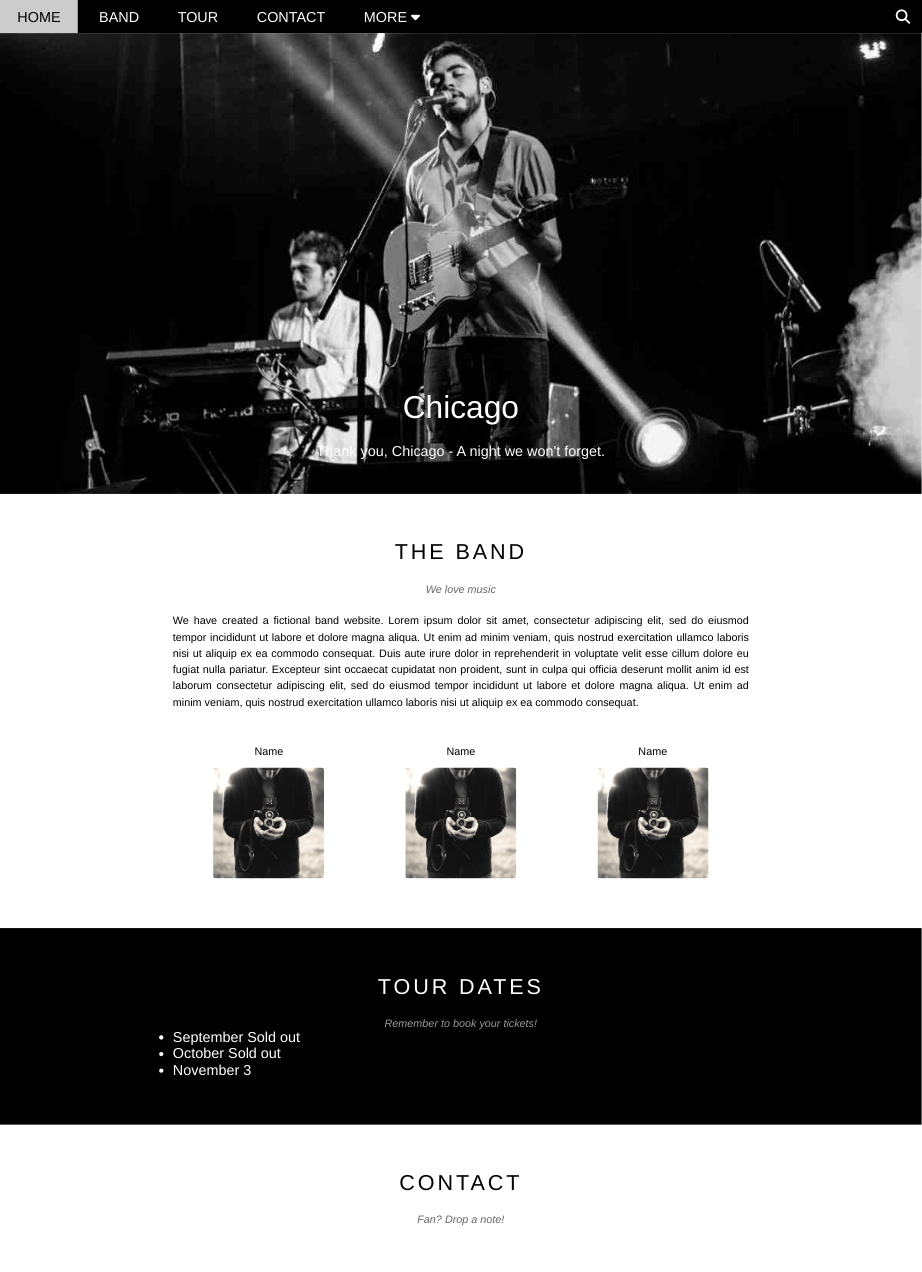
Repository: nugort/nugort.github.io
Page: f8/the-band/index.html
An editor plug-in stored every save of this project. The page is shown before and after the next save, followed by the edit.
The browser window is 1280 px wide. The pictures show the whole page, at 72% of full size.
Some web libraries are served in a nearby version.

Above is the page before, as saved 2022-02-08 04:24:31.

### f8/the-band/index.html
<!DOCTYPE html>
<html lang="en">

<head>
    <meta charset="UTF-8">
    <meta http-equiv="X-UA-Compatible" content="IE=edge">
    <meta name="viewport" content="width=device-width, initial-scale=1.0">
    <title>Document</title>
    <script src="https://kit.fontawesome.com/28e152e343.js" crossorigin="anonymous"></script>
    <link rel="stylesheet" href="./assets/css/styles.css">
</head>

<body>
    <div id="main">
        <!-- Header -->
        <div id="header">

            <!-- Navigation -->
            <ul id="nav">
                <li>
                    <a href="#">Home</a>
                </li>

                <li>
                    <a href="#">Band</a>
                </li>

                <li>
                    <a href="#">Tour</a>
                </li>

                <li>
                    <a href="#">Contact</a>
                </li>

                <li>
                    <a href="#">More <i class="fas fa-caret-down"></i></a>
                    <ul class="subnav">
                        <li>
                            <a href="#">Merchandise</a>
                        </li>

                        <li>
                            <a href="#">Extras</a>
                        </li>

                        <li>
                            <a href="#">Media</a>
                        </li>
                    </ul>
                </li>
            </ul>

            <!-- Search -->
            <div class="nav-search">
                <a href="#"><i class="nav-search-icon fas fa-search"></i></a>
            </div>
        </div>

        <!-- Slider -->
        <div id="slider">
            <div class="slider-text">
                <h3 class="slider-text-title">
                    Chicago
                </h3>
                <p class="slider-text-dsc">
                    Thank you, Chicago - A night we won't forget.
                </p>
            </div>
        </div>

        <!-- Content -->
        <div id="content">
            <!-- About -->
            <div class="content-section">
                <h2 class="content-section-title">
                    The Band
                </h2>
                <p class="content-section-slogan">
                    We love music
                </p>
                <p class="about-content-section content">We have created a fictional band website. Lorem ipsum dolor sit
                    amet, consectetur adipiscing elit, sed do eiusmod tempor incididunt ut labore et dolore magna
                    aliqua. Ut enim ad minim veniam, quis nostrud exercitation ullamco laboris nisi ut aliquip ex ea
                    commodo consequat. Duis aute irure dolor in reprehenderit in voluptate velit esse cillum dolore eu
                    fugiat nulla pariatur. Excepteur sint occaecat cupidatat non proident, sunt in culpa qui officia
                    deserunt mollit anim id est laborum consectetur adipiscing elit, sed do eiusmod tempor incididunt ut
                    labore et dolore magna aliqua. Ut enim ad minim veniam, quis nostrud exercitation ullamco laboris
                    nisi ut aliquip ex ea commodo consequat.</p>
                <div class="band-members">
                    <div class="member">
                        <p class="member-name">Name</p>
                        <img src="./assets/img/band-members/bandmember.jpg" alt="Name" class="member-avt">
                    </div>

                    <div class="member">
                        <p class="member-name">Name</p>
                        <img src="./assets/img/band-members/bandmember.jpg" alt="Name" class="member-avt">
                    </div>

                    <div class="member">
                        <p class="member-name">Name</p>
                        <img src="./assets/img/band-members/bandmember.jpg" alt="Name" class="member-avt">
                    </div>
                    <div class="clear"></div>
                </div>
            </div>

            <!-- Tour -->
            <div class="tour-section">
                <div class="content-section text-white">
                    <h2 class="content-section-title text-white">
                        TOUR DATES
                    </h2>
                    <p class="content-section-slogan">
                        Remember to book your tickets!
                    </p>

                    <ul class="tickets-list">
                        <li>September <span class="sold-out">Sold out</span></li>
                        <li>October <span class="sold-out">Sold out</span></li>
                        <li>November <span class="tickets-left">3</span></li>
                    </ul>
                </div>
            </div>

            <!-- Contact -->
            <div class="content-section">
                <h2 class="content-section-title">
                    CONTACT
                </h2>
                <p class="content-section-slogan">
                    Fan? Drop a note!
                </p>
            </div>
        </div>

        <div id="footer">

        </div>
    </div>
</body>

</html>

### f8/the-band/assets/css/styles.css
/* 3 kiểu dùng css
- inline (phèn)
- internal (cũng phèn)
-external (đúng đúng đúng) */

/* Các đơn vị hay dùng
* Absolute units
- px
- pt
- cm
- mm
- inch
- picture

* Relative units
- %
- rem (bằng kích cỡ chữ của thẻ html - mặc định là 16px)
- em  (bằng kích cỡ chữ của thẻ cha chứa nó gần nhất có set font-size)
- vw (chiều rộng bằng chiều ngang của màn hình hiển thị)
- vh (chiều cao bằng chiều dọc của màn hình hiển thị) */

/* Hàm trong css
- var(): gọi biến vào
- linearGradient()
- rgba()
- rgb
- calc(): tính toán
- attr() */

/* Pseudo-classes (lớp giả) */

:root {
    --text-color: #FFFFFF;
    --background-color: #00171F;
    --button-color: #003459;
    --other-color: #007EA7;
    --button-2nd-color: #00A8E8;
    --nav-heigh: 46px;
}  /* Đặt biến giống trong ngôn ngữ lập trình khác thôi =))) */

* {
    box-sizing: border-box;
    margin: 0;
    padding: 0;
} /* reset css */

html {
    font-family: Helvetica, sans-serif;
    font-size: 20px;
}
/*
Chọn cùng lúc nhiều Class, ID đưa qua css
Bôi đen điểm chung -> CTRL +  SHIFT + L -> Mũi tên qua phải ( > ) -> CTRL + SHIFT + ( > ) -> CTRL + C
-> Qua file css paste -> ALT + CLICK  -> # -> CTRL + ( > ) -> {}
 */

/*
1. Làm từ ngoài vào trong
2. Làm từ trên xuống dưới
3. Từ tổng quan đến chi tiết
*/

/*
1. Vị trí (Vị trí các phần; Header, Content, ...)
2. Kích thước
3. Màu sắc
4. Styles (Fonts chữ, tròn, vuông, ...)
*/

/*
Chiếc web này gồm
1. Header (Done)
    1.1. Navigation (Done)
    1.2. Search button  (Done)
2. Slider (Done)
3. Content
    3.1. About
    3.2. Tour
    3.3. Contact
    3.4. Img
4. Footer
*/

.clear {
    content: " ";
    clear: both;
}

.text-white {
    color: #FFF !important;
}

#main{

}

#header{
    position: fixed;
    top: 0px;
    left: 0px;
    right: 0px;
    background-color: black;
    height: var(--nav-heigh);
    z-index: 1;
}

#nav {
    display: inline-block;
}

#nav, .subnav {
    list-style-type: none;
}

#nav > li {
    display: inline-block;
}

#nav  li {
    position: relative;
}

#nav > li > a {
    color: #FFFFFF;
    text-transform: uppercase;
}

#nav li a {
    text-decoration: none;
    line-height: var(--nav-heigh);
    padding: 0px 24px;
    /* padding: 12px 24px; */
}

#nav > li:hover .subnav {
    display: block;
}

#nav > li:hover > a {
    display: inline-block;
    color: #000;
    background-color: #CCC;
}

#nav .subnav {
    display: none;
    position: absolute;
    top: 100%;
    left: 0px;
    background-color: #FFF;
    color: #000;
    box-shadow: 0 0 10px rgba(0, 0, 0, 0.3);
}

#nav .subnav a {
    display: block;
    color: #000;
    min-width: 160px;
    padding: 0px 12px;
    line-height: 38px ;
}

#nav .subnav li:hover a {
    color: #000;
    background-color: #CCC;
}

#header .nav-search {
    display: inline-block;
    float: right;
    line-height: var(--nav-heigh);
    padding: 0px 16px ;
}

#header .nav-search a {
    color: #FFF;
}

#header .nav-search:hover {
    background-color: #F44336 !important;
    cursor: pointer;
}

#slider {
    /* background-color: #CCC;
    height: 1000px; */
    position: relative;
    margin-top: var(--nav-heigh);
    padding-top: 50%;
    background: url('/the-band/assets/img/slider-1/chicago.jpg') top center / cover, no-repeat;
    /* https://youtu.be/BmkVXoKoqVA?t=640 */
}

#slider .slider-text{
    color: #FFF;
    position: absolute;
    bottom: 48px;
    /* left: 50%;
    transform: translateX(-50%); */

    /* left: 0px;
    right: 0px; */

    width: 100%;
    text-align: center;
}

#slider .slider-text-title{
    font-size: 220%;
    font-weight: 500;
    font-style: 24px;
    margin-bottom: 25px;
}

#slider .slider-text-dsc{
    font-style: 15px;
}


#content {

}

#content .content-section {
    width: 800px;
    margin: auto;
    padding: 64px 0px;
}

#content .content-section-title {
    font-weight: 500;
    font-size: 30px;
    text-transform: uppercase;
    letter-spacing: 4px;

}

#content .content-section-slogan {
    font-style: italic;
    font-size: 15px;
    margin-top: 25px;
    opacity: 0.6;
}

#content .about-content-section.content {
    font-size: 15px;
    margin-top: 25px;
    text-align: justify;
    line-height: 1.5;
}

#content .content-section-title,
#content .content-section-slogan {
    text-align: center;
}

#content .band-members{
    margin-top: 48px;
}

#content .member {
    text-align: center;
    float: left;
    width: calc(100% / 3);
}

#content .member-name {
    font-size: 15px;
}

#content .member-avt {
    margin-top: 15px;
    width: 154px;
    border-radius: 4px;
}


.tour-section {
    background-color: #000;
}

#content .tour-section .tickets-list {
    background-color: #000;
}

#footer {

}

After the next save:
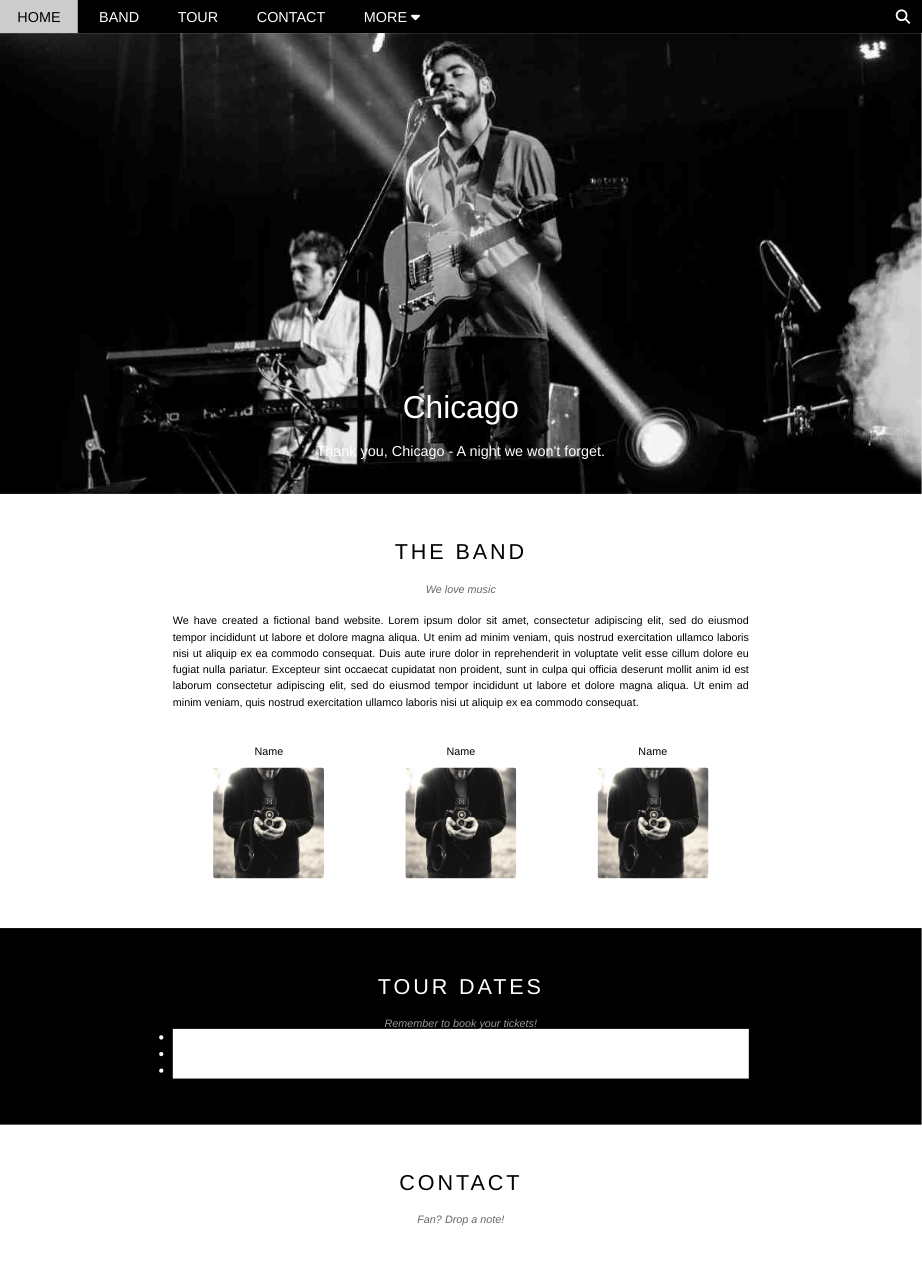
Saved 23 s later.
--- a/f8/the-band/assets/css/styles.css
+++ b/f8/the-band/assets/css/styles.css
@@ -280,7 +280,7 @@ Chiếc web này gồm
 }
 
 #content .tour-section .tickets-list {
-    background-color: #000;
+    background-color: #FFF;
 }
 
 #footer {
